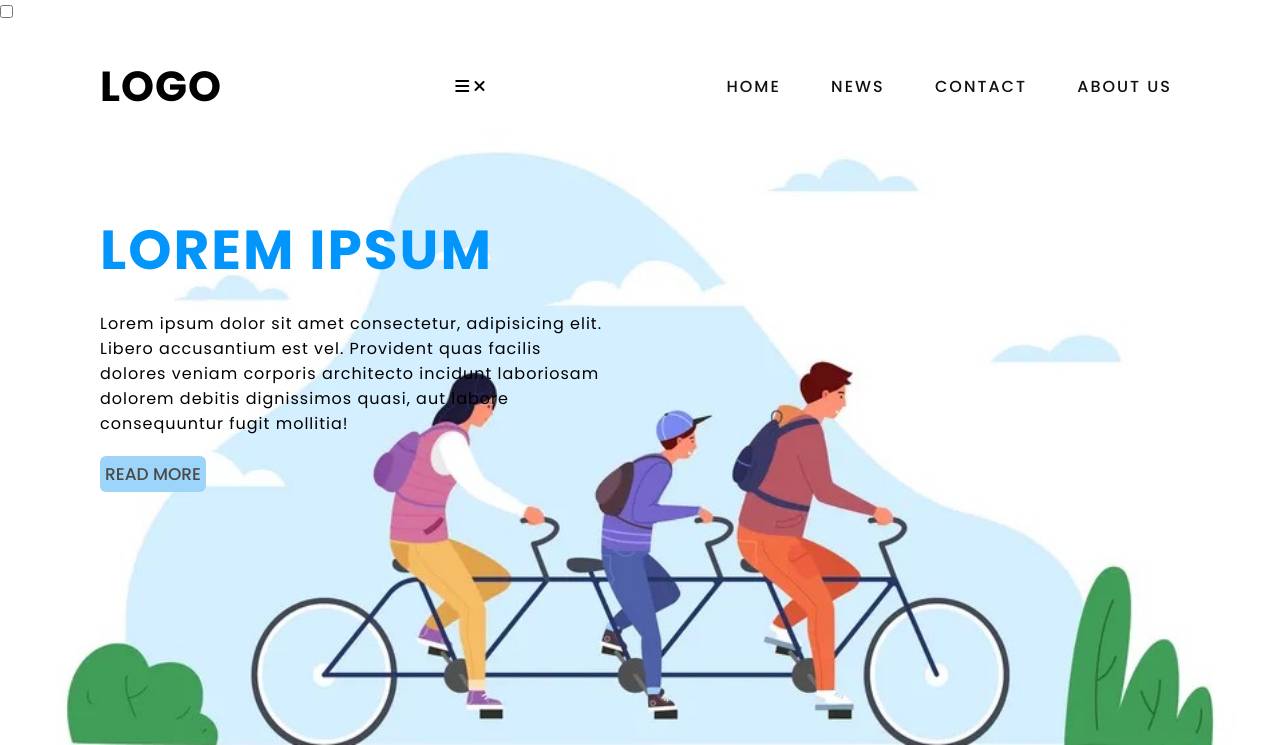
Repository: nganha241/1806
Page: index.html
These files come from the project's save history. The page is drawn as it stood at one moment and after the next save; the edit follows.
The browser window is 1280 px wide. The pictures show the whole page.
Some web libraries are served in a nearby version.

Above is the page before, as saved 2022-06-18 16:11:00.

### index.html
<!DOCTYPE html>
<html lang="en">
  <head>
    <meta charset="UTF-8" />
    <meta http-equiv="X-UA-Compatible" content="IE=edge" />
    <meta name="viewport" content="width=device-width, initial-scale=1.0" />
    <title>Document</title>
    <link rel="stylesheet" href="style.css" />
    <script
      src="https://kit.fontawesome.com/ae971d7ee0.js"
      crossorigin="anonymous"
    ></script>
  </head>
  <body>
    <input type="checkbox" id="check" />
    <section>
      <header>
        <div class="logo">
          <h2>Logo</h2>
        </div>
        <label for="check">
          <i class="fas fa-bars menu-btn"></i>
          <i class="fa fa-times close-btn"></i>
        </label>
        <div class="navigation">
          <a href="#">Home</a>
          <a href="#">News</a>
          <a href="#">Contact</a>
          <a href="#">About us</a>
        </div>
      </header>
      <div class="content">
        <h1 class="title">LOREM IPSUM</h1>
        <p class="text">
          Lorem ipsum dolor sit amet consectetur, adipisicing elit. Libero
          accusantium est vel. Provident quas facilis dolores veniam corporis
          architecto incidunt laboriosam dolorem debitis dignissimos quasi, aut
          labore consequuntur fugit mollitia!
        </p>
        <button class="btn-more">READ MORE</button>
      </div>
    </section>
  </body>
</html>

### style.css
@import url('https://fonts.googleapis.com/css2?family=Poppins:wght@300;400;500;600;700;800;900&display=swap');

* {
    box-sizing: border-box;
    padding: 0;
    margin: 0;
    font-family: 'Poppins', sans-serif;
}

a {
    text-decoration: none;
}

section {
    width: 100%;
    min-height: 100vh;
    display: flex;
    flex-direction: column;
    justify-content: flex-start;
    background: url('./bg.jpg');
    background-size: cover;
    background-position: center;
}

section header {
    position: relative;
    top: 0;
    width: 100%;
    padding: 30px 100px;
    display: flex;
    justify-content: space-between;
    align-items: center;
}

.logo {
    position: relative;
    font-size: 28px;
    letter-spacing: 1px;
    cursor: pointer;
    text-transform: uppercase;
}

.navigation a{
   letter-spacing: 2px;
   background: none;
   padding: 5px 8px;
   text-transform: uppercase;
   font-weight: 500;
   border-radius: 20px;
   color: #111;
   transition: 0.4s;
    transition-property: background;
}

.navigation a:not(:last-child) {
    margin-right: 30px;
}

.navigation a:hover {
    color: #fff;
    background: rgb(102, 167, 252);
    transition: 0.4s;
}

.content {
    margin: 60px 100px;
    width: 40%;
}

.title {
    margin-bottom: 20px;
    text-transform: uppercase;
    font-weight: 700;
    font-size: 55px;
    color: #0296FC;
    letter-spacing: 2px;
}

.text {
    margin-bottom: 20px;
    letter-spacing: 1px;
}

.btn-more {
    background: #9DD4FA;
    border: none;
    border-radius: 6px;
    padding: 5px;
    font-size: 17px;
    cursor: pointer;
    font-weight: 500;
    color: rgb(73, 74, 72);
    transition: 0.4s;
    transition-property: transform;
}

.btn-more:hover {
    transform: scale(1.1);
}

After the next save:
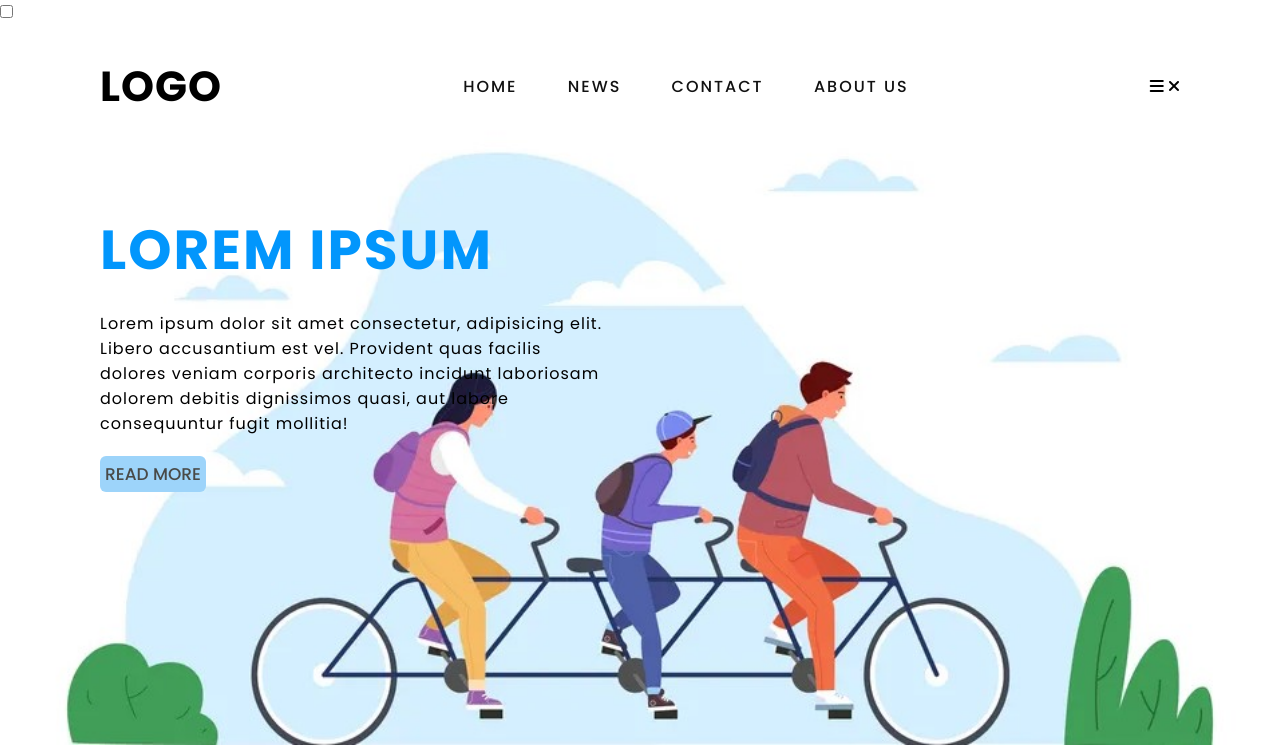
Saved 26 s later.
--- a/index.html
+++ b/index.html
@@ -18,16 +18,17 @@
         <div class="logo">
           <h2>Logo</h2>
         </div>
-        <label for="check">
-          <i class="fas fa-bars menu-btn"></i>
-          <i class="fa fa-times close-btn"></i>
-        </label>
+
         <div class="navigation">
           <a href="#">Home</a>
           <a href="#">News</a>
           <a href="#">Contact</a>
           <a href="#">About us</a>
         </div>
+        <label for="check">
+          <i class="fas fa-bars menu-btn"></i>
+          <i class="fa fa-times close-btn"></i>
+        </label>
       </header>
       <div class="content">
         <h1 class="title">LOREM IPSUM</h1>
